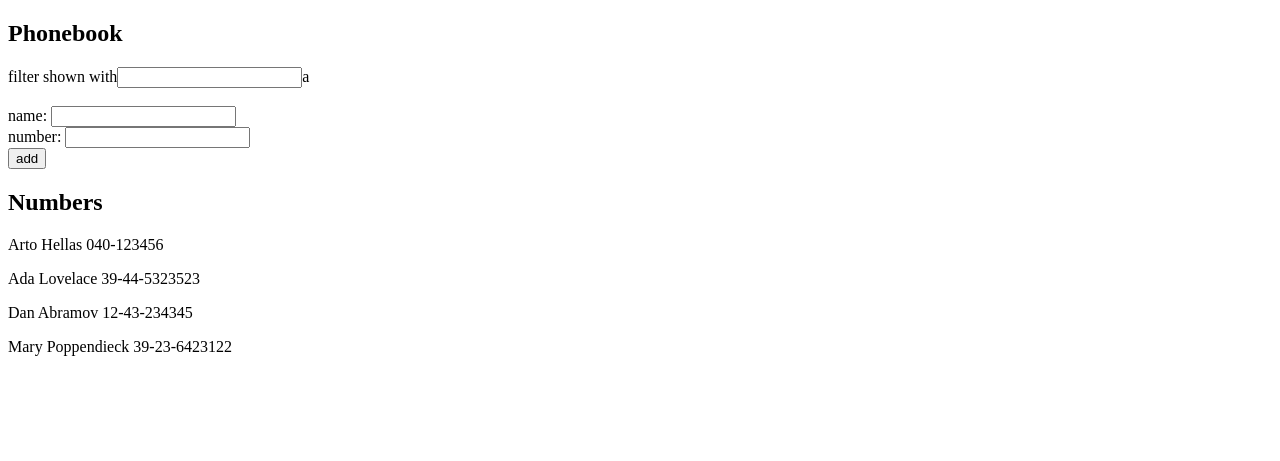
Repository: mariocapitbrok/helsinki-fullstack
Page: / (app in part2/phonebook/)
The author's editor kept a copy of each file at every save. The page is drawn from the files as they stood at one save, then again after a run of saves.
The browser window is 1280 px wide. The pictures show the whole page.
The project was rebuilt for these pictures with package versions that can differ from the ones it lists, and the page was loaded fresh each time.

Above is the page before, as saved 2022-01-12 12:02:01.

### part2/phonebook/src/App.js
import React, { useState } from 'react'

const Person = ({ name, number }) => (
  <p>
    {name} {number}
  </p>
)

const App = () => {
  const [newFilter, setNewFilter] = useState('a')
  const [persons, setPersons] = useState([
    { name: 'Arto Hellas', number: '040-123456', id: 1 },
    { name: 'Ada Lovelace', number: '39-44-5323523', id: 2 },
    { name: 'Dan Abramov', number: '12-43-234345', id: 3 },
    { name: 'Mary Poppendieck', number: '39-23-6423122', id: 4 },
  ])
  const [newName, setNewName] = useState('')
  const [newNumber, setNewNumber] = useState('')

  const handleSubmit = (e) => {
    e.preventDefault()
    const newPerson = {
      name: newName,
      number: newNumber,
      id: persons.length + 1,
    }

    persons.findIndex((person) => person.name === newPerson.name) === -1
      ? setPersons([...persons, newPerson])
      : alert(`${newPerson.name} is already added to phonebook`)

    setNewName('')
    setNewNumber('')
  }

  return (
    <div>
      <h2>Phonebook</h2>
      <div>
        filter shown with
        <input onChange={(e) => setNewFilter(e.target.value)} />
        {newFilter}
      </div>
      <br />
      <form onSubmit={handleSubmit}>
        <div>
          name:{' '}
          <input onChange={(e) => setNewName(e.target.value)} value={newName} />
        </div>
        <div>
          number:{' '}
          <input
            onChange={(e) => setNewNumber(e.target.value)}
            value={newNumber}
          />
        </div>
        <div>
          <button type="submit">add</button>
        </div>
      </form>
      <h2>Numbers</h2>
      {persons.map((person) => (
        <Person key={person.name} name={person.name} number={person.number} />
      ))}
    </div>
  )
}

export default App

Loaded but not shown: part2/phonebook/public/index.html (common file); part2/phonebook/src/index.js (common file)

After the next 2 saves:
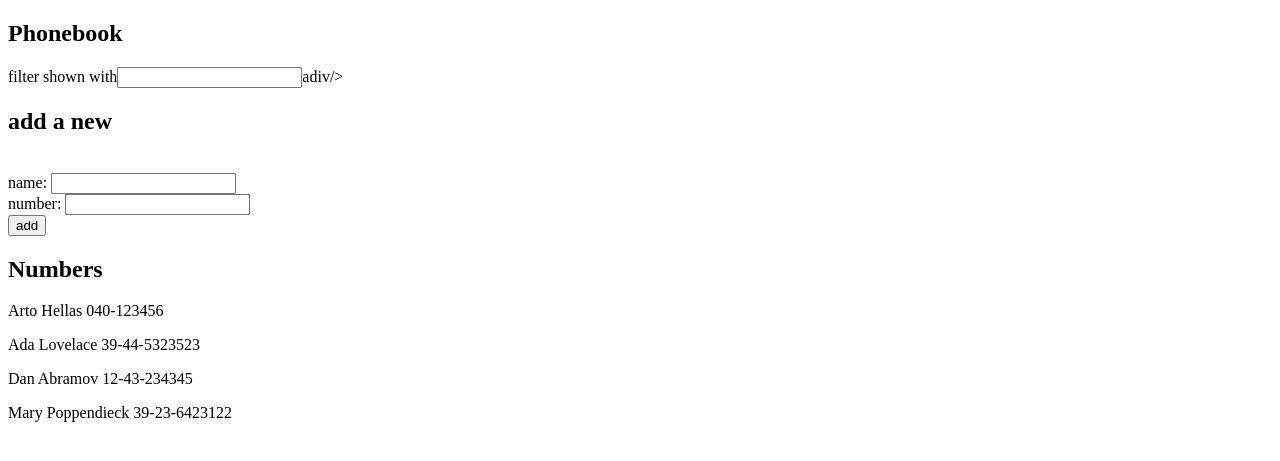
The 2 saves are shown as one change because 1 did not build or start.
The last was saved 50 s later.
--- a/part2/phonebook/src/App.js
+++ b/part2/phonebook/src/App.js
@@ -40,7 +40,9 @@ const App = () => {
         filter shown with
         <input onChange={(e) => setNewFilter(e.target.value)} />
         {newFilter}
+        div/>
       </div>
+      <h2>add a new</h2>
       <br />
       <form onSubmit={handleSubmit}>
         <div>
